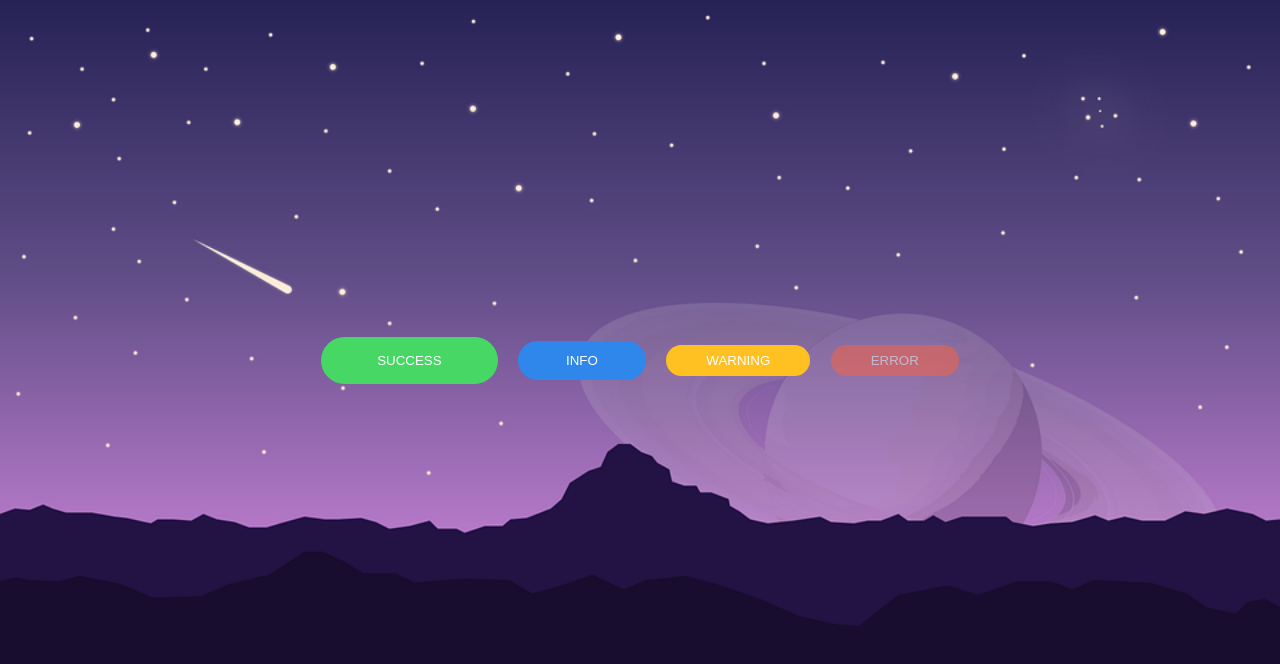
Repository: hoangtranduchai/toast-message
Page: index.html
These files come from the project's save history. The page is drawn as it stood at one moment and after the next save; the edit follows.
The browser window is 1280 px wide. The pictures show the whole page.
Some web libraries are served in a nearby version.

Above is the page before, as saved 2021-08-18 16:36:45.

After the next save:
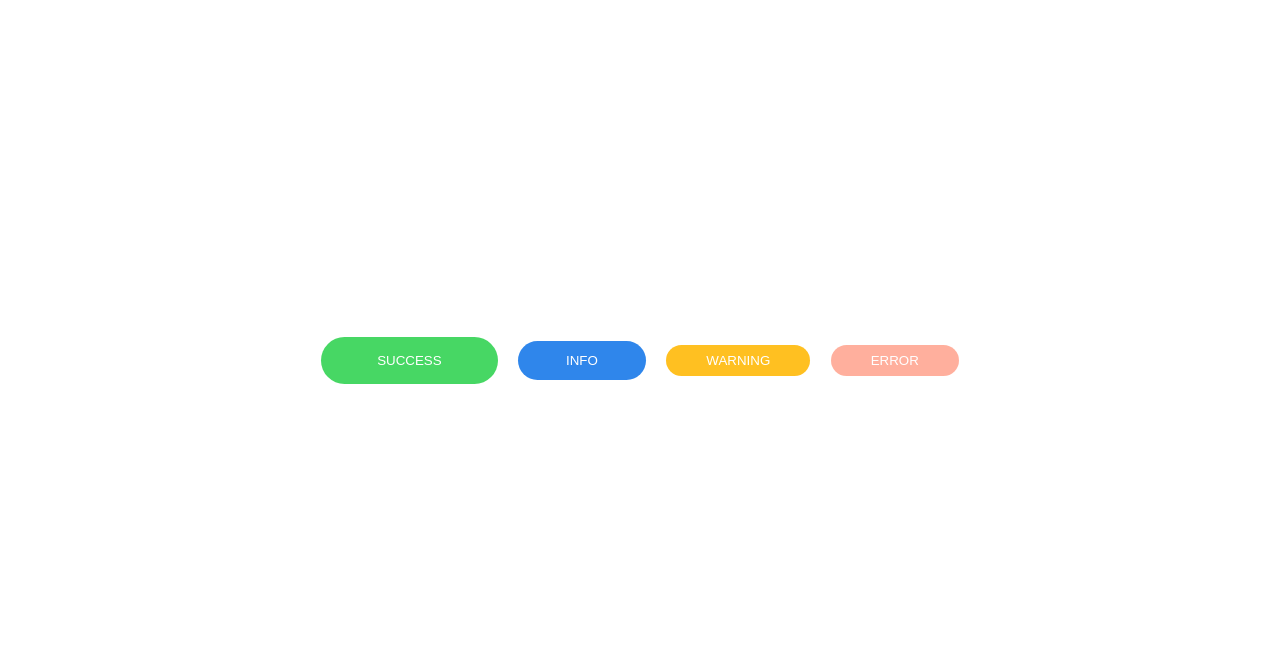
Not found: assets/img/background/background2.jpg
Saved 12 s later.
--- a/assets/css/style.css
+++ b/assets/css/style.css
@@ -9,7 +9,7 @@
   display: flex;
   flex-direction: row;
   font-family: "Helvetica Neue";
-  background: url('../img/background/background1.jpg') center / cover no-repeat;
+  background: url('../img/background/background2.jpg') center / cover no-repeat;
 }
 
 body > div {

After the 5 saves that followed:
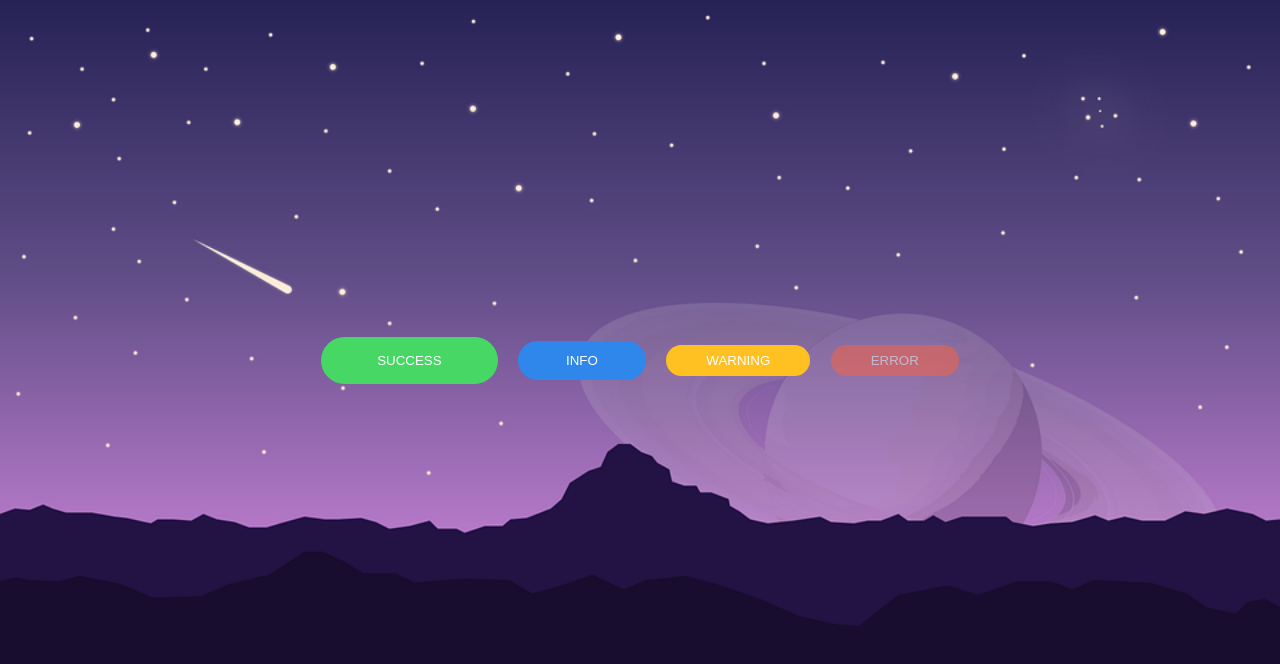
The 5 saves are shown as one change because 4 left the picture as it was.
The last was saved 3 min 18 s later.
--- a/assets/css/style.css
+++ b/assets/css/style.css
@@ -9,7 +9,7 @@
   display: flex;
   flex-direction: row;
   font-family: "Helvetica Neue";
-  background: url('../img/background/background2.jpg') center / cover no-repeat;
+  background: url('../img/background/background1.jpg') 100% center / cover no-repeat;
 }
 
 body > div {
